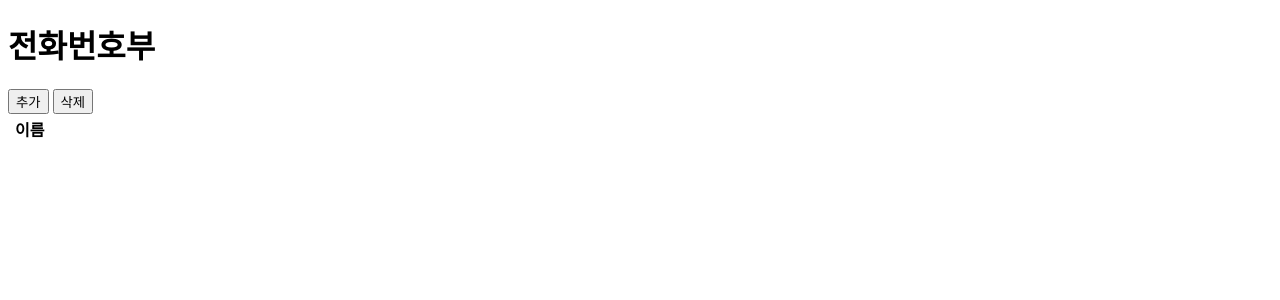
Repository: limjh0513/DGSW_JAVA
Page: 2학기/JAVA_WEB/web/src/main/webapp/phoneBook/phoneBook.html
An editor plug-in stored every save of this project. The page is shown before and after the next save, followed by the edit.
The browser window is 1280 px wide. The pictures show the whole page.

Above is the page before, as saved 2021-11-03 02:04:49.

### 2학기/JAVA_WEB/web/src/main/webapp/phoneBook/phoneBook.html
<!DOCTYPE html>
<html>
<head>
<meta charset="EUC-KR">
<title>전화번호부</title>
</head>
<body>
	<div class="main">
		<h1>전화번호부</h1>
		<div>
			<button>추가</button>
			<button>삭제</button>
		</div>

		<table>
		<thead>
		<tr>
		<th></th>
		<th>이름</th>
		</thead>
		</table>
	</div>
</body>
</html>

After the next save:
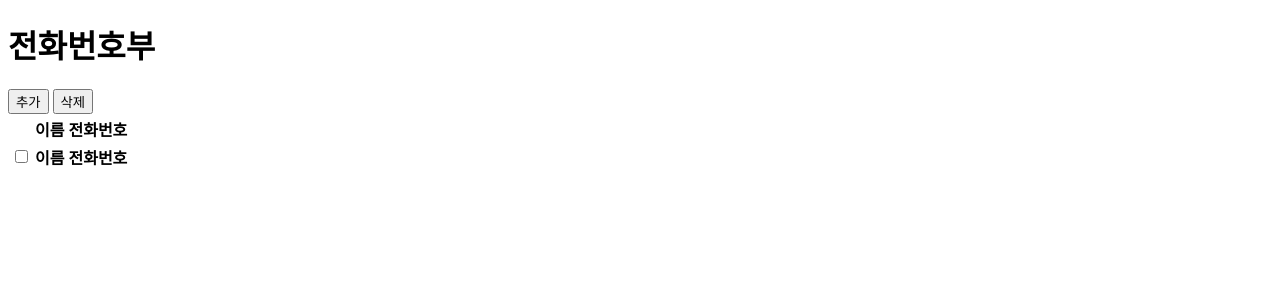
Saved 46 s later.
--- a/2학기/JAVA_WEB/web/src/main/webapp/phoneBook/phoneBook.html
+++ b/2학기/JAVA_WEB/web/src/main/webapp/phoneBook/phoneBook.html
@@ -13,11 +13,20 @@
 		</div>
 
 		<table>
-		<thead>
-		<tr>
-		<th></th>
-		<th>이름</th>
-		</thead>
+			<thead>
+				<tr>
+					<th></th>
+					<th>이름</th>
+					<th>전화번호</th>
+				</tr>
+			</thead>
+			<tbody>
+			<tr>
+					<th><input type="checkbox"/></th>
+					<th>이름</th>
+					<th>전화번호</th>
+				</tr>
+			</tbody>
 		</table>
 	</div>
 </body>
